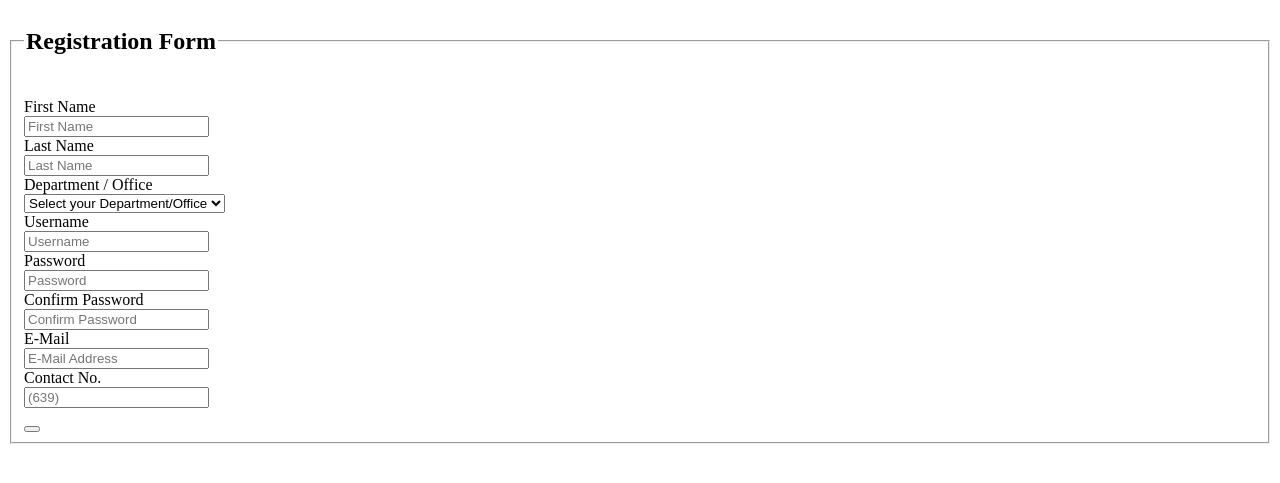
Repository: ashwinipatil321/ServletPrograms
Page: http://localhost/loginAndRegisterServlet/Register1.jsp
These files come from the project's save history. The page is drawn as it stood at one moment and after the next save; the edit follows.
The browser window is 1280 px wide. The pictures show the whole page.
The page is served by Tomcat 9. Nobody is signed in. The application's start-up code is not run. Other server files are loaded and not shown.

Above is the page before, as saved 2017-11-07 09:44:03.
Console error: ReferenceError: $ is not defined

### loginAndRegisterServlet/WebContent/Register1.jsp
<%@ page language="java" contentType="text/html; charset=UTF-8"
    pageEncoding="UTF-8"%>
<!DOCTYPE html PUBLIC "-//W3C//DTD HTML 4.01 Transitional//EN" "http://www.w3.org/TR/html4/loose.dtd">
<html>
<head>
<meta http-equiv="Content-Type" content="text/html; charset=UTF-8">
<title>Insert title here</title>
</head>
<Style>
#success_message{ display: none;}
</style>
<Script>
 $(document).ready(function() {
    $('#contact_form').bootstrapValidator({
        // To use feedback icons, ensure that you use Bootstrap v3.1.0 or later
        feedbackIcons: {
            valid: 'glyphicon glyphicon-ok',
            invalid: 'glyphicon glyphicon-remove',
            validating: 'glyphicon glyphicon-refresh'
        },
        fields: {
            first_name: {
                validators: {
                        stringLength: {
                        min: 2,
                    },
                        notEmpty: {
                        message: 'Please enter your First Name'
                    }
                }
            },
             last_name: {
                validators: {
                     stringLength: {
                        min: 2,
                    },
                    notEmpty: {
                        message: 'Please enter your Last Name'
                    }
                }
            },
			 user_name: {
                validators: {
                     stringLength: {
                        min: 8,
                    },
                    notEmpty: {
                        message: 'Please enter your Username'
                    }
                }
            },
			 user_password: {
                validators: {
                     stringLength: {
                        min: 8,
                    },
                    notEmpty: {
                        message: 'Please enter your Password'
                    }
                }
            },
			confirm_password: {
                validators: {
                     stringLength: {
                        min: 8,
                    },
                    notEmpty: {
                        message: 'Please confirm your Password'
                    }
                }
            },
            email: {
                validators: {
                    notEmpty: {
                        message: 'Please enter your Email Address'
                    },
                    emailAddress: {
                        message: 'Please enter a valid Email Address'
                    }
                }
            },
            contact_no: {
                validators: {
                  stringLength: {
                        min: 12,
                        max: 12,
                    notEmpty: {
                        message: 'Please enter your Contact No.'
                     }
                }
            },
			 department: {
                validators: {
                    notEmpty: {
                        message: 'Please select your Department/Office'
                    }
                }
            },
                }
            }
        })
        .on('success.form.bv', function(e) {
            $('#success_message').slideDown({ opacity: "show" }, "slow") // Do something ...
                $('#contact_form').data('bootstrapValidator').resetForm();

            // Prevent form submission
            e.preventDefault();

            // Get the form instance
            var $form = $(e.target);

            // Get the BootstrapValidator instance
            var bv = $form.data('bootstrapValidator');

            // Use Ajax to submit form data
            $.post($form.attr('action'), $form.serialize(), function(result) {
                console.log(result);
            }, 'json');
        });
});
</Script>
<body>
 <div class="container">

    <form class="well form-horizontal" action=" " method="post"  id="contact_form">
<fieldset>

<!-- Form Name -->
<legend><center><h2><b>Registration Form</b></h2></center></legend><br>

<!-- Text input-->

<div class="form-group">
  <label class="col-md-10 control-label">First Name</label>
  <div class="col-md-7 inputGroupContainer">
  <div class="input-group">
  <span class="input-group-addon"><i class="glyphicon glyphicon-user"></i></span>
  <input  name="first_name" placeholder="First Name" class="form-control"  type="text">
    </div>
  </div>
</div>

<!-- Text input-->

<div class="form-group">
  <label class="col-md-4 control-label" >Last Name</label>
    <div class="col-md-4 inputGroupContainer">
    <div class="input-group">
  <span class="input-group-addon"><i class="glyphicon glyphicon-user"></i></span>
  <input name="last_name" placeholder="Last Name" class="form-control"  type="text">
    </div>
  </div>
</div>

  <div class="form-group">
  <label class="col-md-4 control-label">Department / Office</label>
    <div class="col-md-4 selectContainer">
    <div class="input-group">
        <span class="input-group-addon"><i class="glyphicon glyphicon-list"></i></span>
    <select name="department" class="form-control selectpicker">
      <option value="">Select your Department/Office</option>
      <option>Department of Engineering</option>
      <option>Department of Agriculture</option>
      <option >Accounting Office</option>
      <option >Tresurer's Office</option>
      <option >MPDC</option>
      <option >MCTC</option>
      <option >MCR</option>
      <option >Mayor's Office</option>
      <option >Tourism Office</option>
    </select>
  </div>
</div>
</div>

<!-- Text input-->

<div class="form-group">
  <label class="col-md-4 control-label">Username</label>
  <div class="col-md-4 inputGroupContainer">
  <div class="input-group">
  <span class="input-group-addon"><i class="glyphicon glyphicon-user"></i></span>
  <input  name="user_name" placeholder="Username" class="form-control"  type="text">
    </div>
  </div>
</div>

<!-- Text input-->

<div class="form-group">
  <label class="col-md-4 control-label" >Password</label>
    <div class="col-md-4 inputGroupContainer">
    <div class="input-group">
  <span class="input-group-addon"><i class="glyphicon glyphicon-user"></i></span>
  <input name="user_password" placeholder="Password" class="form-control"  type="password">
    </div>
  </div>
</div>

<!-- Text input-->

<div class="form-group">
  <label class="col-md-4 control-label" >Confirm Password</label>
    <div class="col-md-4 inputGroupContainer">
    <div class="input-group">
  <span class="input-group-addon"><i class="glyphicon glyphicon-user"></i></span>
  <input name="confirm_password" placeholder="Confirm Password" class="form-control"  type="password">
    </div>
  </div>
</div>

<!-- Text input-->
       <div class="form-group">
  <label class="col-md-4 control-label">E-Mail</label>
    <div class="col-md-4 inputGroupContainer">
    <div class="input-group">
        <span class="input-group-addon"><i class="glyphicon glyphicon-envelope"></i></span>
  <input name="email" placeholder="E-Mail Address" class="form-control"  type="text">
    </div>
  </div>
</div>


<!-- Text input-->

<div class="form-group">
  <label class="col-md-4 control-label">Contact No.</label>
    <div class="col-md-4 inputGroupContainer">
    <div class="input-group">
        <span class="input-group-addon"><i class="glyphicon glyphicon-earphone"></i></span>
  <input name="contact_no" placeholder="(639)" class="form-control" type="text">
    </div>
  </div>
</div>

<!-- Select Basic -->

<!-- Success message -->
<div class="alert alert-success" role="alert" id="success_message">Success <i class="glyphicon glyphicon-thumbs-up"></i> Success!.</div>

<!-- Button -->
<div class="form-group">
  <label class="col-md-4 control-label"></label>
  <div class="col-md-4"><br>
  <button type="submit" class="btn btn-warning" ><span class="glyphicon glyphicon-send"></span></button>
  </div>
</div>

</fieldset>
</form>
</div>
    </div><!-- /.container -->
</body>
</html>

After the next save:
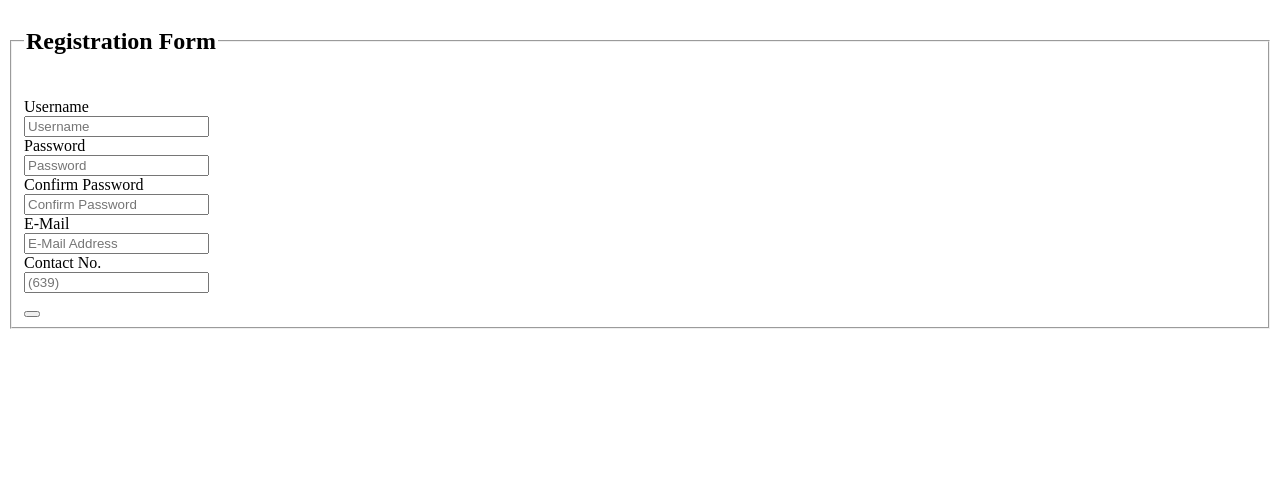
Saved 78 s later.
--- a/loginAndRegisterServlet/WebContent/Register1.jsp
+++ b/loginAndRegisterServlet/WebContent/Register1.jsp
@@ -128,50 +128,7 @@
 <!-- Form Name -->
 <legend><center><h2><b>Registration Form</b></h2></center></legend><br>
 
-<!-- Text input-->
-
-<div class="form-group">
-  <label class="col-md-10 control-label">First Name</label>
-  <div class="col-md-7 inputGroupContainer">
-  <div class="input-group">
-  <span class="input-group-addon"><i class="glyphicon glyphicon-user"></i></span>
-  <input  name="first_name" placeholder="First Name" class="form-control"  type="text">
-    </div>
-  </div>
-</div>
-
-<!-- Text input-->
-
-<div class="form-group">
-  <label class="col-md-4 control-label" >Last Name</label>
-    <div class="col-md-4 inputGroupContainer">
-    <div class="input-group">
-  <span class="input-group-addon"><i class="glyphicon glyphicon-user"></i></span>
-  <input name="last_name" placeholder="Last Name" class="form-control"  type="text">
-    </div>
-  </div>
-</div>
-
   <div class="form-group">
-  <label class="col-md-4 control-label">Department / Office</label>
-    <div class="col-md-4 selectContainer">
-    <div class="input-group">
-        <span class="input-group-addon"><i class="glyphicon glyphicon-list"></i></span>
-    <select name="department" class="form-control selectpicker">
-      <option value="">Select your Department/Office</option>
-      <option>Department of Engineering</option>
-      <option>Department of Agriculture</option>
-      <option >Accounting Office</option>
-      <option >Tresurer's Office</option>
-      <option >MPDC</option>
-      <option >MCTC</option>
-      <option >MCR</option>
-      <option >Mayor's Office</option>
-      <option >Tourism Office</option>
-    </select>
-  </div>
-</div>
-</div>
 
 <!-- Text input-->
 
